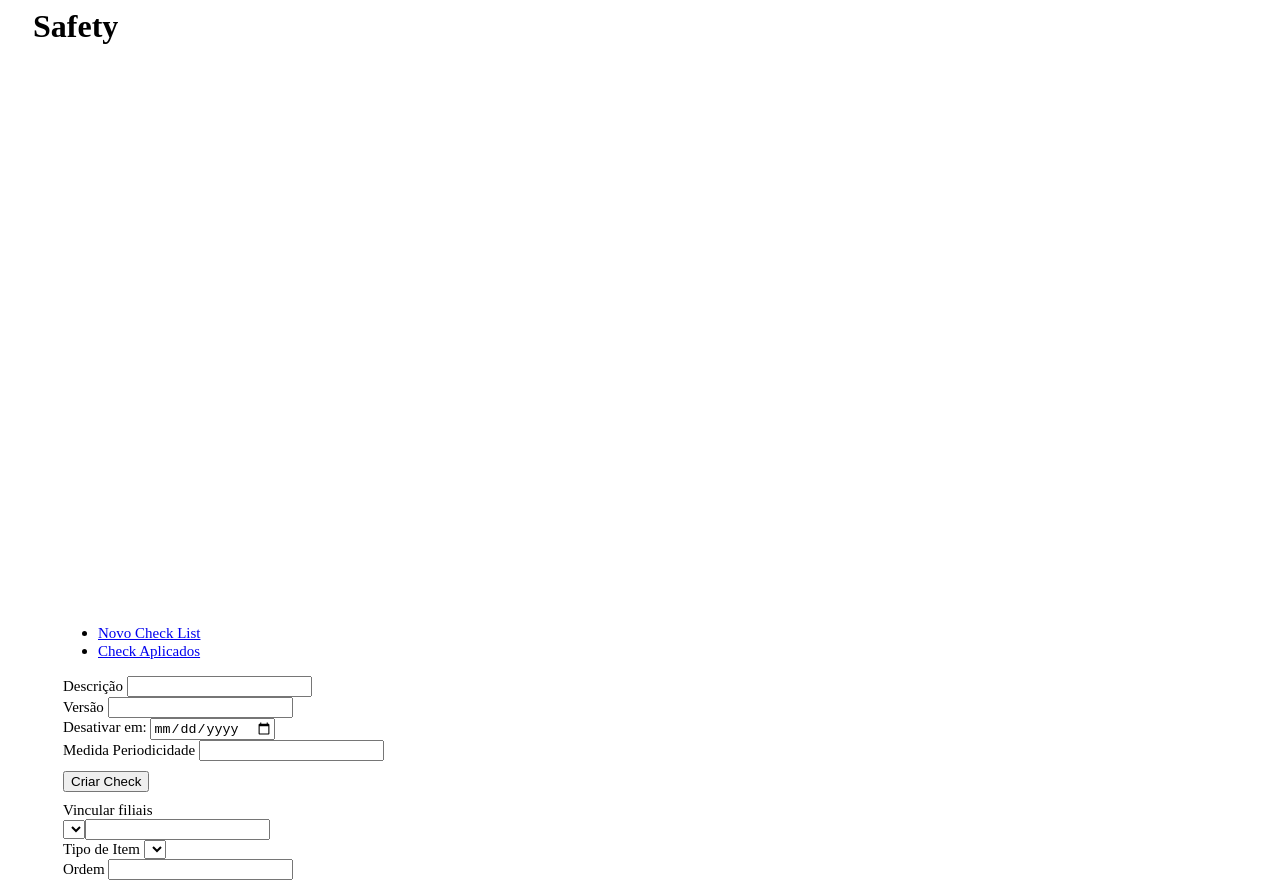
Repository: Conlog-SA/portal_operacional
Page: apps/safety_layout_checklist_app/templates/safety_layout_checklist_app/form_cad_layout_checklist.html
The author's editor kept a copy of each file at every save. The page is drawn from the files as they stood at one save, then again after a run of saves.
The browser window is 1280 px wide. The pictures show the whole page.
The template is drawn by Django 3.2. The application's start-up code is not run. The template is opened directly, without the code that normally fills it, so the values that code supplies are empty.

Above is the page before, as saved 2023-11-16 10:22:27.

After the next 2 saves:
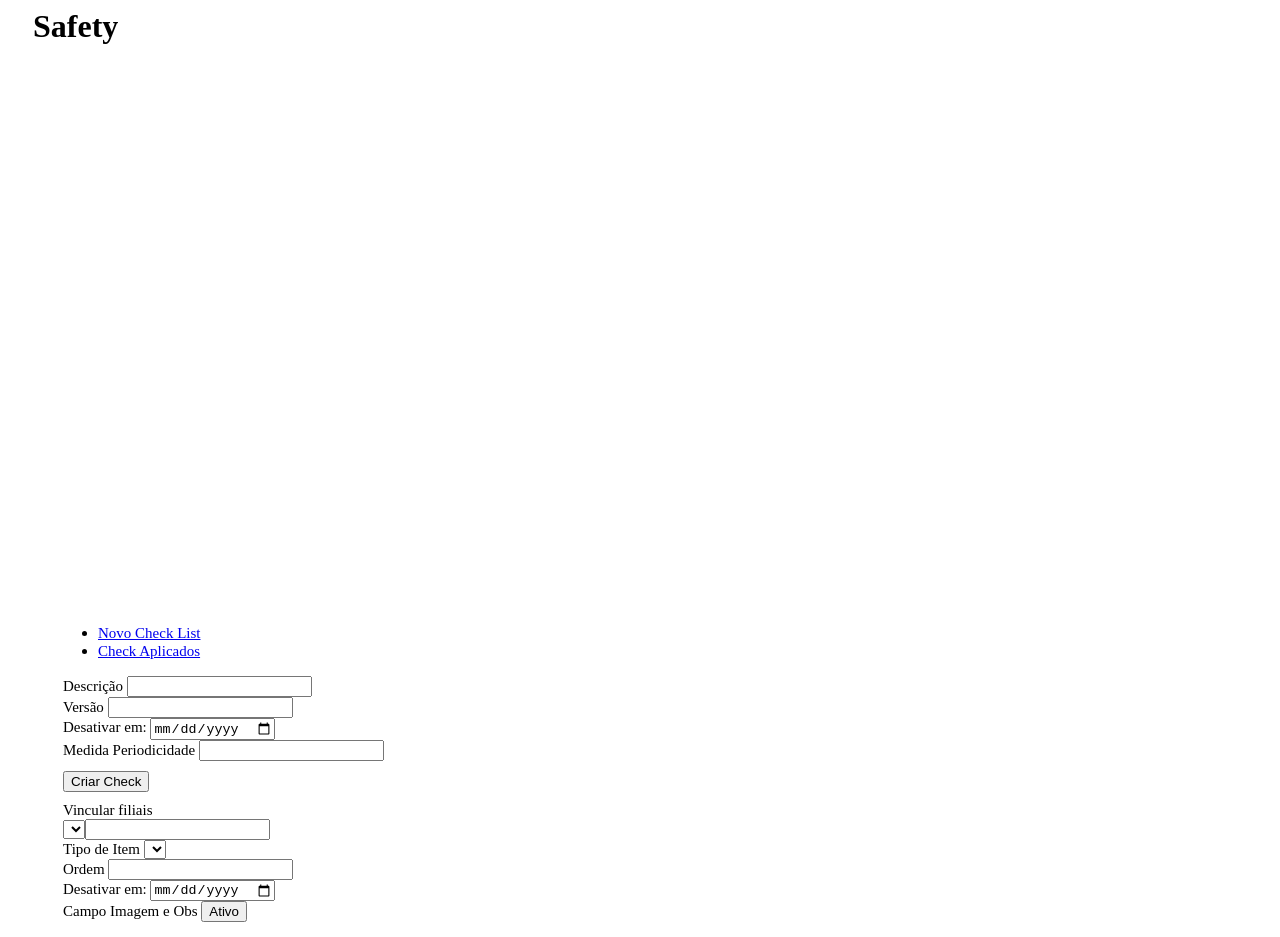
The 2 saves are shown as one change because they came seconds apart.
The last was saved 16 min 53 s later.
--- a/apps/safety_layout_checklist_app/templates/safety_layout_checklist_app/form_cad_layout_checklist.html
+++ b/apps/safety_layout_checklist_app/templates/safety_layout_checklist_app/form_cad_layout_checklist.html
@@ -94,6 +94,14 @@
                         <label for="input_ordem_check">Ordem</label>
                         <input type="text" class="form-control" id="input_ordem_check">
                       </div>
+                      <div class="form-group col-sm-4">
+                        <label for="desativar_item_date">Desativar em:</label>
+                        <input type="date" class="form-control" id="desativar_item_date">
+                      </div>
+                      <div class="form-group col-sm-4">
+                        <label for="input_ordem_check">Campo Imagem e Obs</label>
+                        <button id="toggleBtn" onclick="toggleButton()">Ativo</button>
+                      </div>
                </form>
             </div>
          </div>
